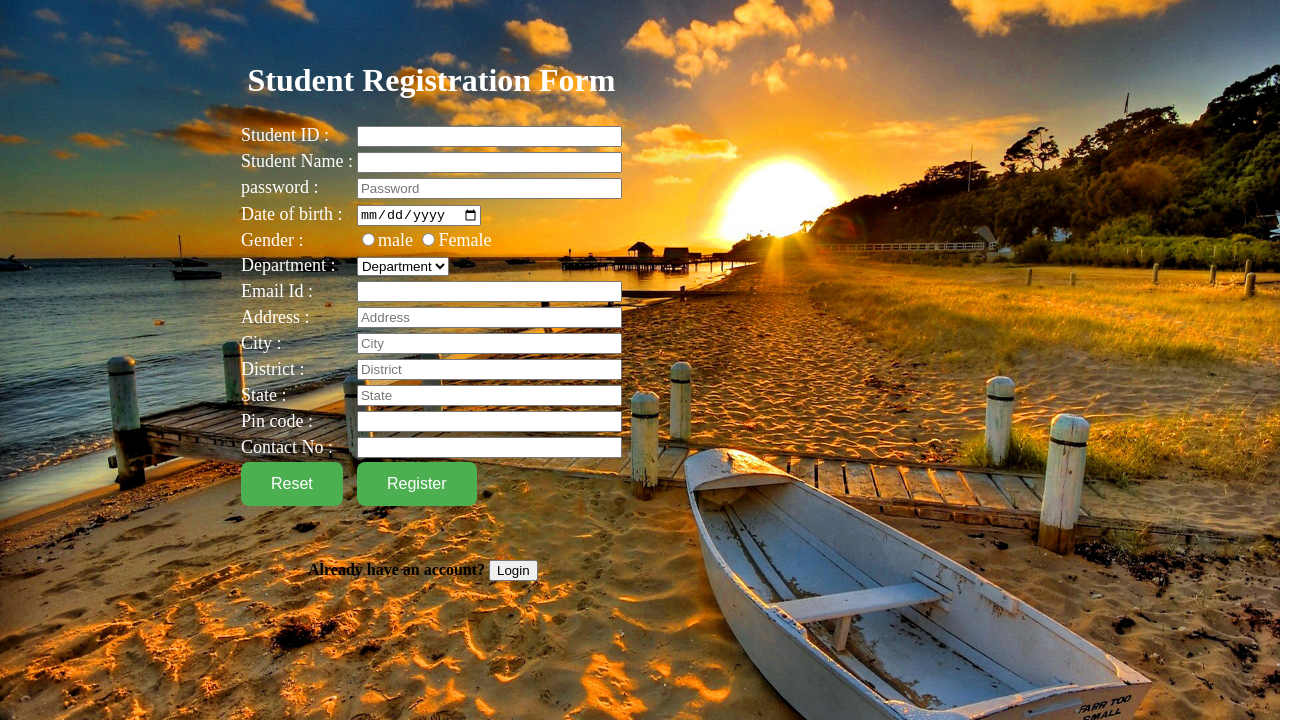
Repository: srikanthModugu/jdbc-servlet-jsp
Page: SutudentRegistration/WebContent/Registration.html
These files come from the project's save history. The page is drawn as it stood at one moment and after the next save; the edit follows.
The browser window is 1280 px wide. The page is 1308 px wide, so the pictures cover 1308 px, including what lies to the right of the window. The pictures show the whole page.

Above is the page before, as saved 2017-10-03 10:06:08.

After the next save:
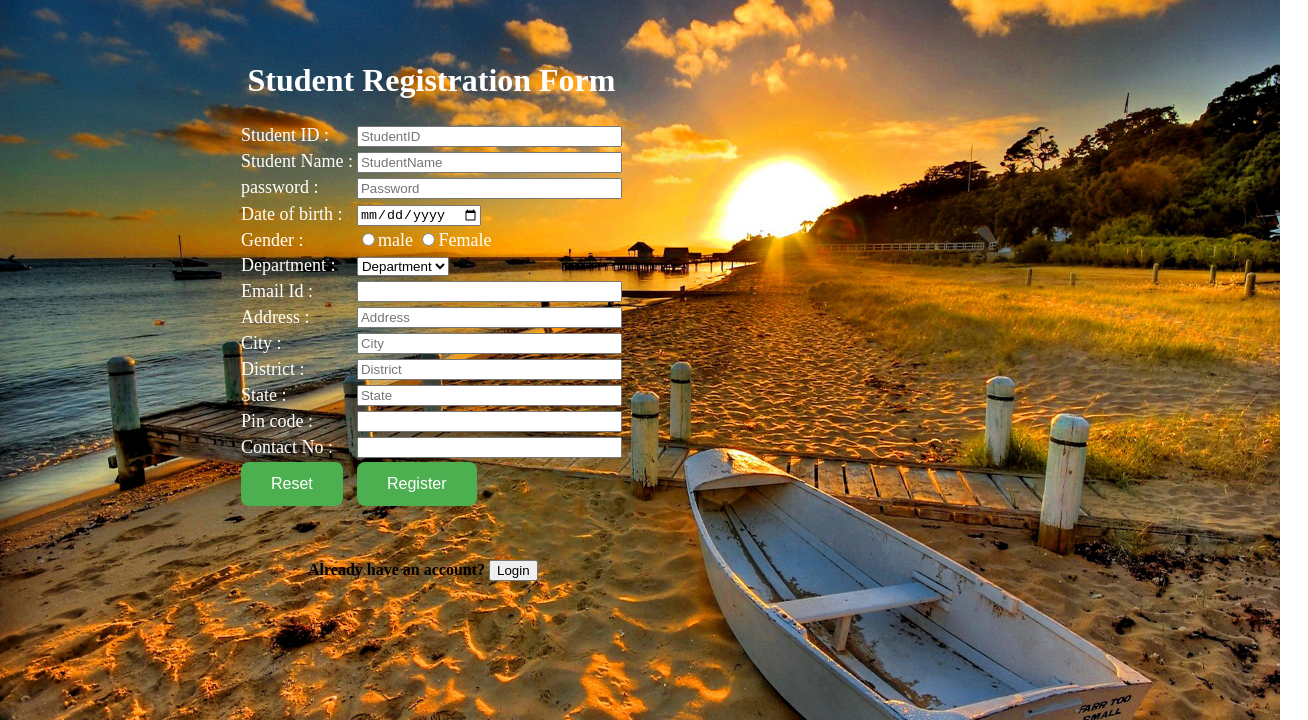
Saved 2 min 4 s later.
--- a/SutudentRegistration/WebContent/Registration.html
+++ b/SutudentRegistration/WebContent/Registration.html
@@ -74,12 +74,12 @@ td {
 
 						<tr>
 							<td>Student ID :</td>
-							<td><input type='text' name='studentid' size='30'><br></td>
+							<td><input type='text' name='studentid' size='30' placeholder="StudentID" ><br></td>
 						</tr>
 
 						<tr>
 							<td>Student Name :</td>
-							<td><input type='text' name='studentName' size='30'><br></td>
+							<td><input type='text' name='studentName' size='30'placeholder="StudentName"><br></td>
 						</tr>
 
 						<tr>
